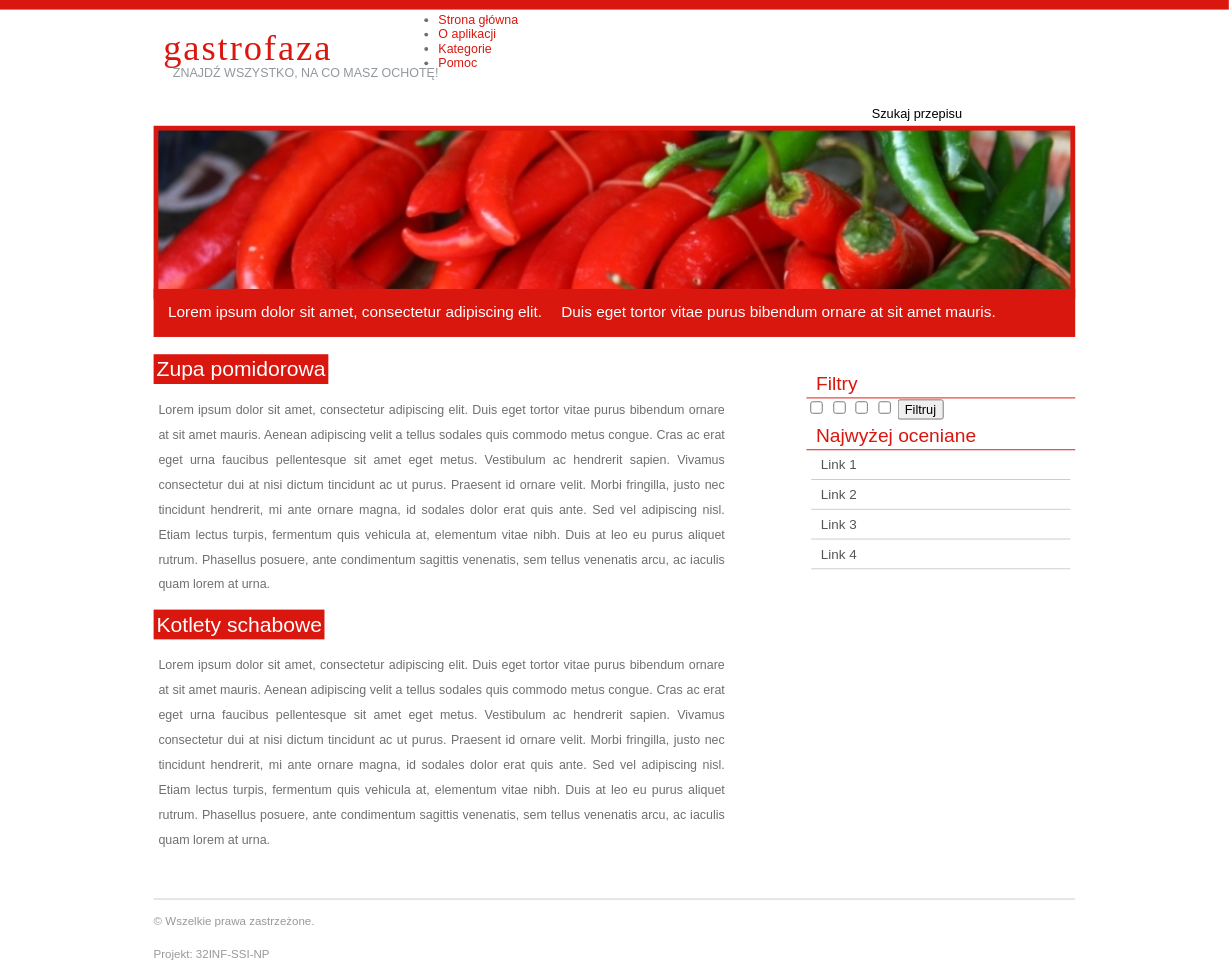
Repository: Michals1988/GroupProject
Page: index.html
An editor plug-in stored every save of this project. The page is shown before and after the next save, followed by the edit.
The browser window is 1280 px wide. The pictures show the whole page, at 96% of full size.

Above is the page before, as saved 2020-10-25 17:20:11.

### index.html
<!DOCTYPE html
    PUBLIC "-//W3C//DTD XHTML 1.0 Transitional//EN" "http://www.w3.org/TR/xhtml1/DTD/xhtml1-transitional.dtd">
<html xmlns="http://www.w3.org/1999/xhtml">

<head>
    <meta http-equiv="Content-Type" content="text/html; charset=utf-8" />
    <title>Gastrofaza</title>

    <link rel="stylesheet" type="text/css" href="css/style.css" />

</head>

<body>

    <div id="wrapper">
        <div id="logo">
            <a href="#">
                <h1>Gastrofaza</h1>
                <p>Znajdź wszystko, na co masz ochotę!</p>
            </a>
        </div>
        <div id="top_menu">
            <ul>
                <li><a href="#">Strona główna</a></li>
                <li><a href="#">O aplikacji</a></li>
                <li><a href="#">Kategorie</a></li>
                <li><a href="#">Pomoc</a></li>
            </ul>
            <div id="search_top">
                <input type="text" value="Szukaj przepisu" />
            </div>
        </div>
        <div id="header">
            <img src="images/header.jpg" />
        </div>
        <div id="menu_top">
            <ul>
                <li><a href="#">Lorem ipsum dolor sit amet, consectetur adipiscing elit.</a></li>
                <li><a href="#">Duis eget tortor vitae purus bibendum ornare at sit amet mauris.</a></li>
            </ul>
            <div id="container">
                <div id="content">
                    <span class="content_title">Zupa pomidorowa</span>
                    <p>
                        Lorem ipsum dolor sit amet, consectetur adipiscing elit. Duis eget tortor vitae purus bibendum
                        ornare at sit amet mauris. Aenean adipiscing velit a tellus sodales quis commodo metus congue.
                        Cras ac erat eget urna faucibus pellentesque sit amet eget metus. Vestibulum ac hendrerit
                        sapien. Vivamus consectetur dui at nisi dictum tincidunt ac ut purus. Praesent id ornare velit.
                        Morbi fringilla, justo nec tincidunt hendrerit, mi ante ornare magna, id sodales dolor erat quis
                        ante. Sed vel adipiscing nisl. Etiam lectus turpis, fermentum quis vehicula at, elementum vitae
                        nibh. Duis at leo eu purus aliquet rutrum. Phasellus posuere, ante condimentum sagittis
                        venenatis, sem tellus venenatis arcu, ac iaculis quam lorem at urna.
                    </p>
                    <span class="content_title">Kotlety schabowe</span>
                    <p>
                        Lorem ipsum dolor sit amet, consectetur adipiscing elit. Duis eget tortor vitae purus bibendum
                        ornare at sit amet mauris. Aenean adipiscing velit a tellus sodales quis commodo metus congue.
                        Cras ac erat eget urna faucibus pellentesque sit amet eget metus. Vestibulum ac hendrerit
                        sapien. Vivamus consectetur dui at nisi dictum tincidunt ac ut purus. Praesent id ornare velit.
                        Morbi fringilla, justo nec tincidunt hendrerit, mi ante ornare magna, id sodales dolor erat quis
                        ante. Sed vel adipiscing nisl. Etiam lectus turpis, fermentum quis vehicula at, elementum vitae
                        nibh. Duis at leo eu purus aliquet rutrum. Phasellus posuere, ante condimentum sagittis
                        venenatis, sem tellus venenatis arcu, ac iaculis quam lorem at urna.
                    </p>
                </div>
                <div id="sidebar">
                    <div id="sidebar_title">Filtry</div>
                    <input type="checkbox">
                    <input type="checkbox">
                    <input type="checkbox">
                    <input type="checkbox">
                    <button id="filter_button">Filtruj</button>
                    <div id="sidebar_title">Najwyżej oceniane</div>
                    <ul>
                        <li><a href="#">Link 1</a></li>
                        <li><a href="#">Link 2</a></li>
                        <li><a href="#">Link 3</a></li>
                        <li><a href="#">Link 4</a></li>
                    </ul>
                </div>
            </div>
            <div id="foot">
                <p>&copy Wszelkie prawa zastrzeżone. <p>Projekt: 32INF-SSI-NP</p>
            </div>
        </div>
</body>

</html>

### css/style.css
body {
	font-family: Arial, Helvetica, sans-serif;
	font-size: 13px;
	color: #6d6f71;
	text-align: center;
	background: url(../images/bg.png) repeat-x;
}

#wrapper {
	width: 960px;
	margin: 0 auto;
	text-align: left;
}

a {
	color: #d9170e;
	text-decoration: none;
}

a:hover {
	text-decoration: underline;
}

#logo {
	float: left;
	margin-left: 10px;
	margin-top: -10px;
	padding: 0;
}

#logo a,
#logo a:hover {
	text-decoration: none;
}

#logo h1 {
	font-size: 38px;
	font-weight: normal;
	text-transform: lowercase;
	letter-spacing: 2px;
	color: #d9170e;
	font-family: "Times New Roman", Times, serif;
}

#logo p {
	font-size: 13px;
	color: #91989e;
	text-transform: uppercase;
	margin-top: -30px;
	padding-left: 10px;
}

#menu {
	width: 630px;
	height: 80px;
	float: right;
	margin-top: -10px;
	margin-left: 20px;
	background: url(../images/bg.png);
}

#menu ul {
	list-style: none;
	margin: 0;
	padding: 5px 5px 5px 5px;
}

#menu li {
	display: block;
	float: left;
}

#menu a {
	color: #fff;
	font-size: 16px;
	display: block;
	float: left;
	margin-top: -5px;
	padding: 30px 20px 20px 20px;
	text-decoration: none;
}

#menu a:hover {
	background: #fff;
	color: #d9170e;

}

#search_top {
	float: right;
	margin-right: 30px;
	padding-top: 20px;
}

#search_top input {
	padding: 5px;
	border: 0px;
}

#header {
	float: left;
	width: 960px;
	height: 175px;
	background: url(../images/bg.png);
	text-align: center;
	padding-top: 5px;
}

#title_head {
	float: left;
	padding-top: 30px;
	padding-left: 550px;
	color: #333333;
	font-size: 24px;
}

#menu_top {
	width: 960px;
	height: 50px;
	float: left;
	margin-top: -10px;
	background: url(../images/bg.png);
}

#menu_top ul {
	list-style: none;
	margin: 0;
	padding: 5px 5px 5px 5px;
}

#menu_top li {
	display: block;
	float: left;
}

#menu_top a {
	color: #fff;
	font-size: 16px;
	display: block;
	float: left;
	padding: 10px 10px 10px 10px;
	text-decoration: none;
}

#menu_top a:hover {
	background: #fff;
	color: #d9170e;
}

#container {
	float: left;
	margin-bottom: 30px;
	margin-top: 30px;
	width: 960px;
}

#content {
	float: left;
	width: 600px;
	text-align: justify;
	line-height: 22px;
}

#content p {
	text-align: justify;
	line-height: 26px;
	padding: 5px;
}

.content_title {
	padding: 3px;
	font-size: 22px;
	font-weight: normal;
	color: #FFF;
	background: url(../images/bg.png);
}

h2 {
	font-size: 20px;
	font-weight: normal;
	color: #6d8b44;
}

#sidebar {
	float: right;
	width: 280px;
	line-height: 22px;
	text-align: justify;
	margin-top: 10px;
}

#sidebar ul {
	list-style: none;
	margin: 0;
	padding: 5px 5px 5px 5px;
}

#sidebar li {
	display: block;
	float: left;
	width: 270px;
	border-bottom: 1px solid #CCC;
}

#sidebar a {
	color: #555;
	font-size: 14px;
	display: block;
	float: left;
	padding: 4px 0px 4px 10px;
	text-decoration: none;

}

#sidebar a:hover {
	color: #d9170e;
	margin-left: 10px;
	-webkit-border-radius: 5px;
	-khtml-border-radius: 5px;
	-moz-border-radius: 5px;
	border-radius: 5px;
}

#sidebar_title {
	width: 270px;
	font-size: 20px;
	font-weight: normal;
	color: #d9170e;
	float: left;
	padding: 4px 0px 4px 10px;
	border-bottom: 1px solid #d9170e;
}

#sidebar p {
	padding: 5px;
}

#foot {
	width: 960px;
	float: left;
	border-top: 1px solid #CCC;
	font-size: 12px;
	color: #999;
	line-height: 22px;
	padding: 0;
	margin: 0;
}

#foot a {
	font-size: 12px;
	color: #d9170e;
	padding: 0;
	margin: 0;
}

After the next save:
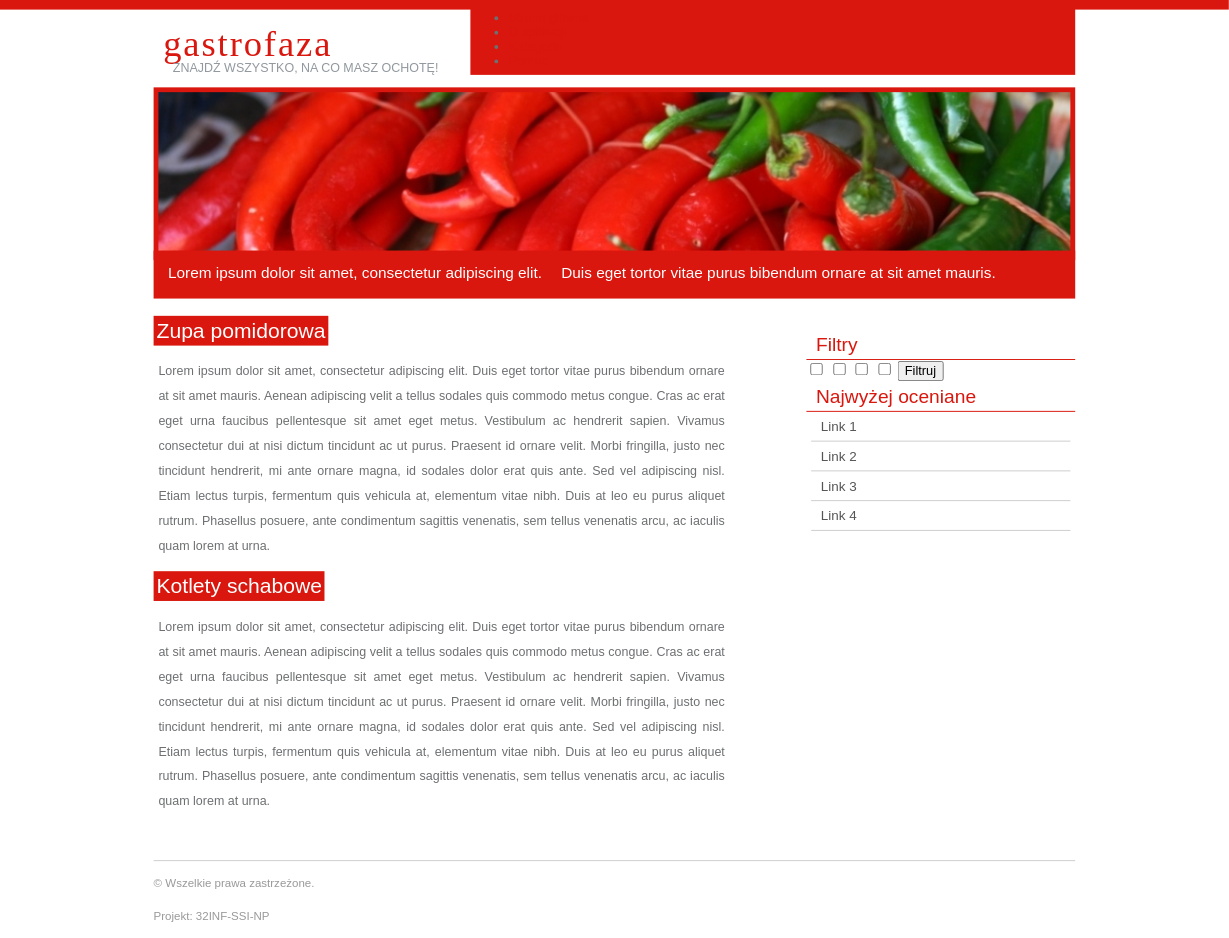
Saved 65 s later.
--- a/css/style.css
+++ b/css/style.css
@@ -50,7 +50,7 @@ a:hover {
 	padding-left: 10px;
 }
 
-#menu {
+#top_menu {
 	width: 630px;
 	height: 80px;
 	float: right;
